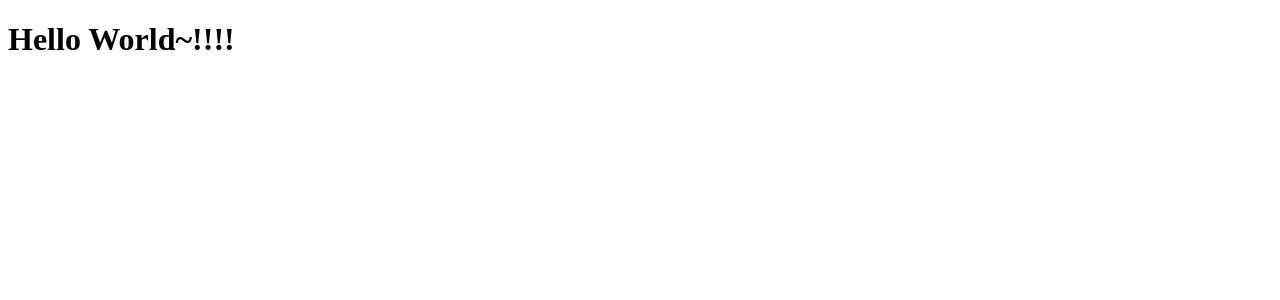
Repository: dhalfks/jsp_230602
Page: http://localhost/jsp_study/
The author's editor kept a copy of each file at every save. The page is drawn from the files as they stood at one save, then again after the next save.
The browser window is 1280 px wide. The pictures show the whole page.
The page is served by Tomcat 9. Nobody is signed in. The application's start-up code is not run.

Above is the page before, as saved 2023-05-10 08:54:59.

After the next save:
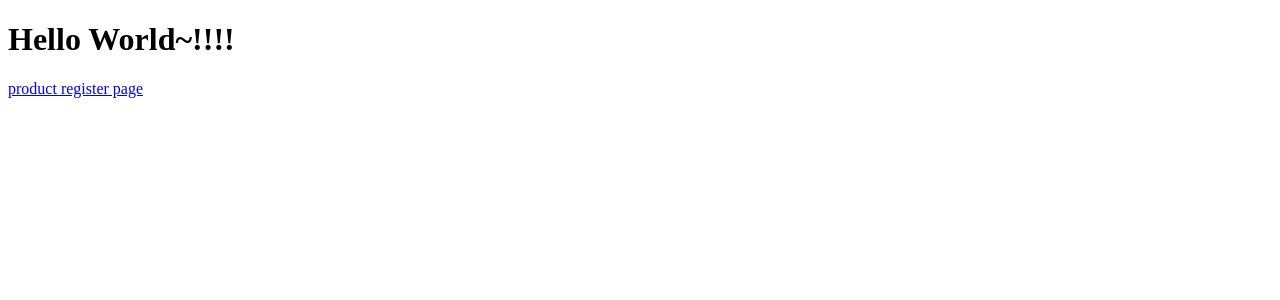
Saved 57 s later.
--- a/jsp_project1/jsp_study/src/main/webapp/index.jsp
+++ b/jsp_project1/jsp_study/src/main/webapp/index.jsp
@@ -10,5 +10,7 @@
 	<h1>
 		Hello World~!!!!
 	</h1>
+
+	<a href="product/register.pd">product register page</a>
 </body>
 </html>
